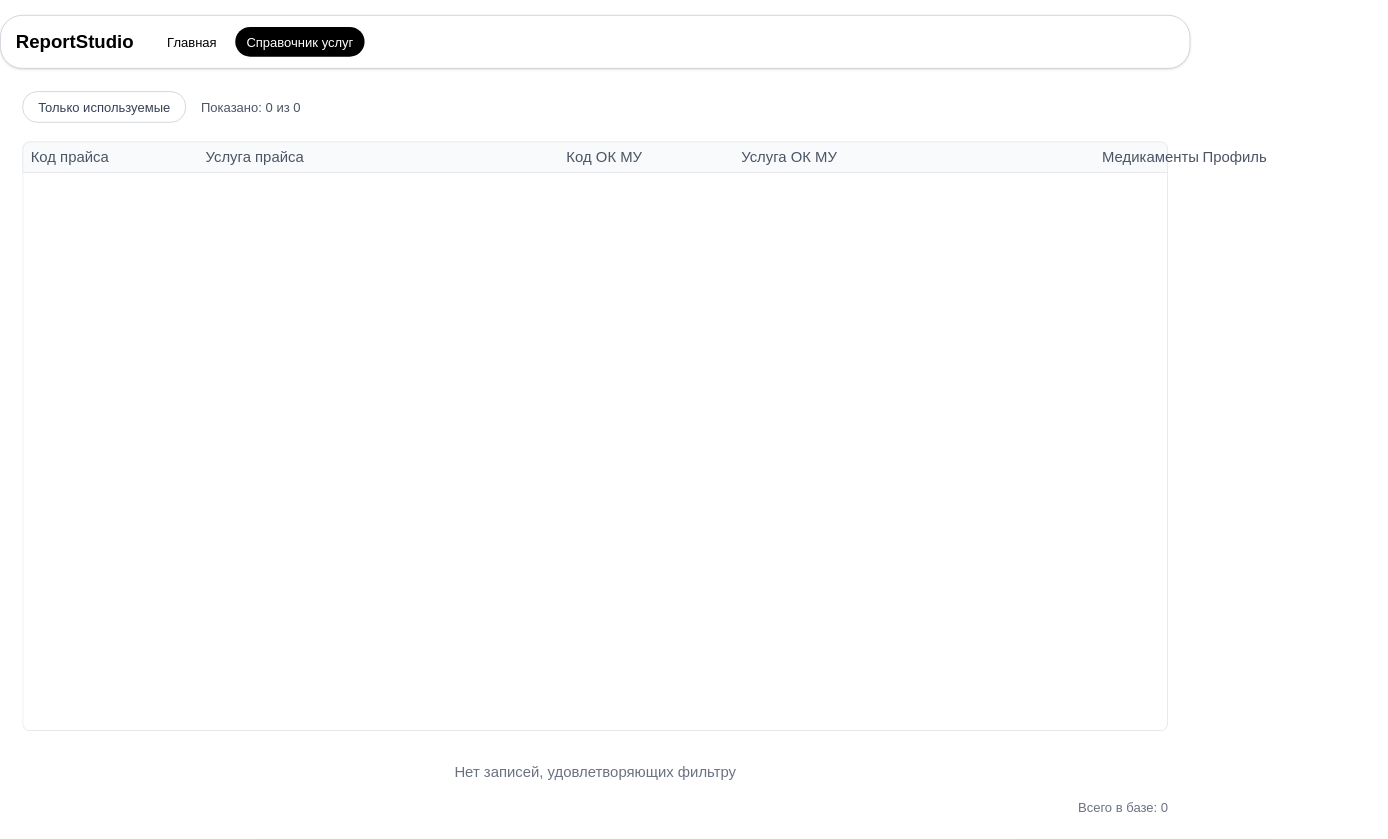
Repository: vladzap2423/report_studio_v2
Page: /services
These files come from the project's save history. The page is drawn as it stood at one moment and after the next save; the edit follows.
The browser window is 1280 px wide. The page is 1493 px wide, then 1413 px, so the pictures cover 1493 px, including what lies to the right of the window. The pictures show the whole page, at 93% of full size.
The page's requests for data from a server got no answer. The project was rebuilt for these pictures with package versions that can differ from the ones it lists, and the page was loaded fresh each time. The framework's server and built-in components were replaced by stand-ins that run in the browser. No one was signed in, and anything a server would have sent is missing. Also part of the build but not shown: next.config.ts.

Above is the page before, as saved 2026-03-16 15:38:23.

### src/app/layout.tsx
import type { Metadata } from "next";
import { Geist, Geist_Mono } from "next/font/google";
import "./globals.css";
import Header from "./components/Header";

const geistSans = Geist({
  variable: "--font-geist-sans",
  subsets: ["latin"],
});

const geistMono = Geist_Mono({
  variable: "--font-geist-mono",
  subsets: ["latin"],
});

export const metadata: Metadata = {
  title: "Create Next App",
  description: "Generated by create next app",
};

export default function RootLayout({
  children,
}: Readonly<{
  children: React.ReactNode;
}>) {
  return (
    <html lang="en">
      <body
        className={`${geistSans.variable} ${geistMono.variable} antialiased`}
      >
        <Header

          title="ReportStudio"
          links={[
            { label: "Главная", href: "/" },
            { label: "Справочник услуг", href: "/services" },
          ]}
        />
        {children}
      </body>
    </html>
  );
}

### src/app/services/page.tsx
// src/app/services/page.tsx
"use client";

import { useEffect, useState, useMemo, useRef } from "react";
import { useVirtualizer, VirtualItem } from "@tanstack/react-virtual";

type Service = {
  ID: number;
  price_code: string | null;
  price_service: string | null;
  okmu_code: string | null;
  okmu_service: string | null;
  medicaments: number;
  profile: string | null;
};

export default function ServicesPage() {
  const [services, setServices] = useState<Service[]>([]);
  const [profiles, setProfiles] = useState<string[]>([]);
  const [showOnlyUsed, setShowOnlyUsed] = useState(false);
  const [loading, setLoading] = useState(true);

  const parentRef = useRef<HTMLDivElement>(null);

  // Загрузка данных
  const loadData = async () => {
    try {
      const [resServices, resProfiles] = await Promise.all([
        fetch("/api/services"),
        fetch("/api/profiles"),
      ]);

      if (!resServices.ok || !resProfiles.ok) throw new Error("Ошибка загрузки");

      const data = await resServices.json();
      const profList = await resProfiles.json();

      setServices(Array.isArray(data.services) ? data.services : []);
      setProfiles(Array.isArray(profList) ? profList : ["Терапия", "Хирургия", "Другое"]);
    } catch (err) {
      console.error(err);
    } finally {
      setLoading(false);
    }
  };

  useEffect(() => {
    loadData();
  }, []);

  const filteredServices = useMemo(() => {
    if (!showOnlyUsed) return services;
    return services.filter(
      (item) =>
        item.okmu_code &&
        item.okmu_code.trim() !== "" &&
        item.okmu_code.trim().toUpperCase() !== "NULL" &&
        item.okmu_code.trim() !== "-"
    );
  }, [services, showOnlyUsed]);

  const saveField = async (id: number, field: keyof Service, value: any) => {
    try {
      const res = await fetch("/api/services", {
        method: "PUT",
        headers: { "Content-Type": "application/json" },
        body: JSON.stringify({ id, field, value }),
      });
      if (!res.ok) throw new Error();

      setServices((prev) =>
        prev.map((item) => (item.ID === id ? { ...item, [field]: value } : item))
      );
    } catch {
      alert("Не удалось сохранить изменение");
    }
  };

  // Виртуализация строк
  const rowVirtualizer = useVirtualizer({
    count: filteredServices.length,
    getScrollElement: () => parentRef.current,
    estimateSize: () => 40,
    overscan: 10,
  });

  return (
    <div className="p-6 max-w-screen-2xl mx-auto">
      {loading && <div className="mb-4 text-sm text-gray-500">Загрузка данных...</div>}

      <div className="mb-5 flex items-center gap-4 flex-wrap">
        <button
          onClick={() => setShowOnlyUsed(!showOnlyUsed)}
          className={`px-4 py-1.5 text-sm font-medium rounded-2xl border transition-all
          ${
            showOnlyUsed
              ? "border-blue-600 text-blue-700 bg-white hover:bg-blue-50"
              : "border-gray-300 text-gray-700 bg-white hover:bg-gray-50"
          }`}
        >
          {showOnlyUsed ? "Показать все" : "Только используемые"}
        </button>
        <span className="text-sm text-gray-600">
          Показано: {filteredServices.length} из {services.length}
        </span>
      </div>

      {/* Заголовок таблицы */}
      <div className="grid grid-cols-[180px_380px_180px_380px_100px_200px] gap-2 bg-gray-50 border border-gray-200 rounded-t-lg px-2 py-1 font-medium text-gray-600">
        <div>Код прайса</div>
        <div>Услуга прайса</div>
        <div>Код ОК МУ</div>
        <div>Услуга ОК МУ</div>
        <div className="text-center">Медикаменты</div>
        <div>Профиль</div>
      </div>

      {/* Виртуализированные строки */}
      <div
        ref={parentRef}
        className="overflow-y-auto border border-t-0 border-gray-200 rounded-b-lg"
        style={{ height: "600px" }}
      >
        <div style={{ height: rowVirtualizer.getTotalSize(), position: "relative" }}>
          {rowVirtualizer.getVirtualItems().map((virtualRow: VirtualItem) => {
            const item = filteredServices[virtualRow.index];
            return (
              <div
                key={item.ID}
                style={{
                  position: "absolute",
                  top: 0,
                  left: 0,
                  width: "100%",
                  height: virtualRow.size,
                  transform: `translateY(${virtualRow.start}px)`,
                }}
                className="grid grid-cols-[180px_380px_180px_380px_100px_200px] gap-2 border-b border-gray-200 items-center px-2 hover:bg-gray-50"
              >
                <input
                  defaultValue={item.price_code ?? ""}
                  onBlur={(e) => saveField(item.ID, "price_code", e.target.value)}
                  className="w-full border border-transparent bg-transparent px-1.5 py-0.5 text-sm rounded focus:border-blue-400 focus:bg-white focus:outline-none"
                />
                <input
                  defaultValue={item.price_service ?? ""}
                  onBlur={(e) => saveField(item.ID, "price_service", e.target.value)}
                  className="w-full border border-transparent bg-transparent px-1.5 py-0.5 text-sm rounded focus:border-blue-400 focus:bg-white focus:outline-none"
                />
                <input
                  defaultValue={item.okmu_code ?? ""}
                  onBlur={(e) => saveField(item.ID, "okmu_code", e.target.value)}
                  className="w-full border border-transparent bg-transparent px-1.5 py-0.5 text-sm rounded focus:border-blue-400 focus:bg-white focus:outline-none"
                />
                <input
                  defaultValue={item.okmu_service ?? ""}
                  onBlur={(e) => saveField(item.ID, "okmu_service", e.target.value)}
                  className="w-full border border-transparent bg-transparent px-1.5 py-0.5 text-sm rounded focus:border-blue-400 focus:bg-white focus:outline-none"
                />
                <input
                  type="number"
                  defaultValue={item.medicaments ?? 0}
                  onBlur={(e) =>
                    saveField(item.ID, "medicaments", Number(e.target.value) || 0)
                  }
                  className="w-full text-center border border-transparent bg-transparent px-1.5 py-0.5 text-sm rounded focus:border-blue-400 focus:bg-white focus:outline-none"
                />
                <select
                  defaultValue={item.profile ?? ""}
                  onChange={(e) => saveField(item.ID, "profile", e.target.value)}
                  className="w-full border border-transparent bg-white px-1.5 py-0.5 text-sm rounded focus:border-blue-400 focus:outline-none"
                >
                  <option value="">— не выбран —</option>
                  {profiles.map((p) => (
                    <option key={p} value={p}>
                      {p}
                    </option>
                  ))}
                </select>
              </div>
            );
          })}
        </div>
      </div>

      {filteredServices.length === 0 && !loading && (
        <p className="mt-8 text-center text-gray-500">Нет записей, удовлетворяющих фильтру</p>
      )}

      <p className="mt-4 text-sm text-gray-500 text-right">
        Всего в базе: {services.length}
      </p>
    </div>
  );
}

### src/app/components/Header.tsx
"use client";

import React from "react";
import Link from "next/link";
import { usePathname } from "next/navigation";

type HeaderProps = {
  title?: string;
  links?: { label: string; href: string }[];
};

const Header: React.FC<HeaderProps> = ({ title = "ReportStudio", links = [] }) => {
  const pathname = usePathname();

  return (
    <header className="w-full flex justify-center mt-4">
      <div className="w-full max-w-7xl px-4 py-3 flex items-center space-x-6 bg-white border border-gray-300 rounded-3xl shadow-sm">

        {/* Название */}
        <div className="text-xl font-semibold text-black">
          {title}
        </div>

        {/* Меню */}
        <nav className="flex space-x-2">
          {links.map((link) => {
            const isActive = pathname === link.href;

            return (
              <Link
                key={link.href}
                href={link.href}
                className={`px-3 py-1.5 rounded-3xl text-sm transition-colors ${
                  isActive
                    ? "bg-black text-white"
                    : "text-black hover:bg-gray-100"
                }`}
              >
                {link.label}
              </Link>
            );
          })}
        </nav>

      </div>
    </header>
  );
};

export default Header;

Loaded but not shown: src/app/globals.css (common file)

After the next save:
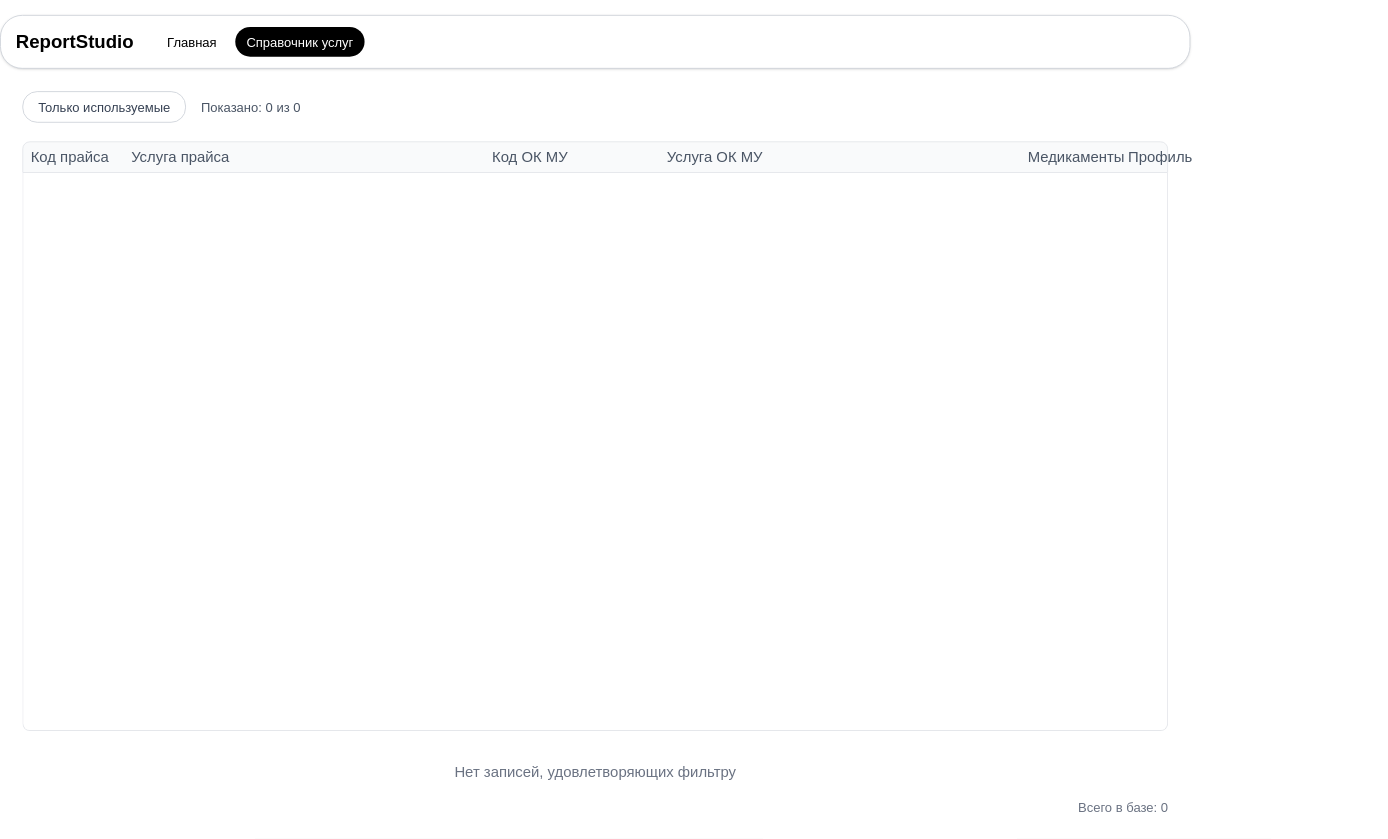
Saved 8 s later.
--- a/src/app/services/page.tsx
+++ b/src/app/services/page.tsx
@@ -106,7 +106,7 @@ export default function ServicesPage() {
       </div>
 
       {/* Заголовок таблицы */}
-      <div className="grid grid-cols-[180px_380px_180px_380px_100px_200px] gap-2 bg-gray-50 border border-gray-200 rounded-t-lg px-2 py-1 font-medium text-gray-600">
+      <div className="grid grid-cols-[100px_380px_180px_380px_100px_200px] gap-2 bg-gray-50 border border-gray-200 rounded-t-lg px-2 py-1 font-medium text-gray-600">
         <div>Код прайса</div>
         <div>Услуга прайса</div>
         <div>Код ОК МУ</div>
